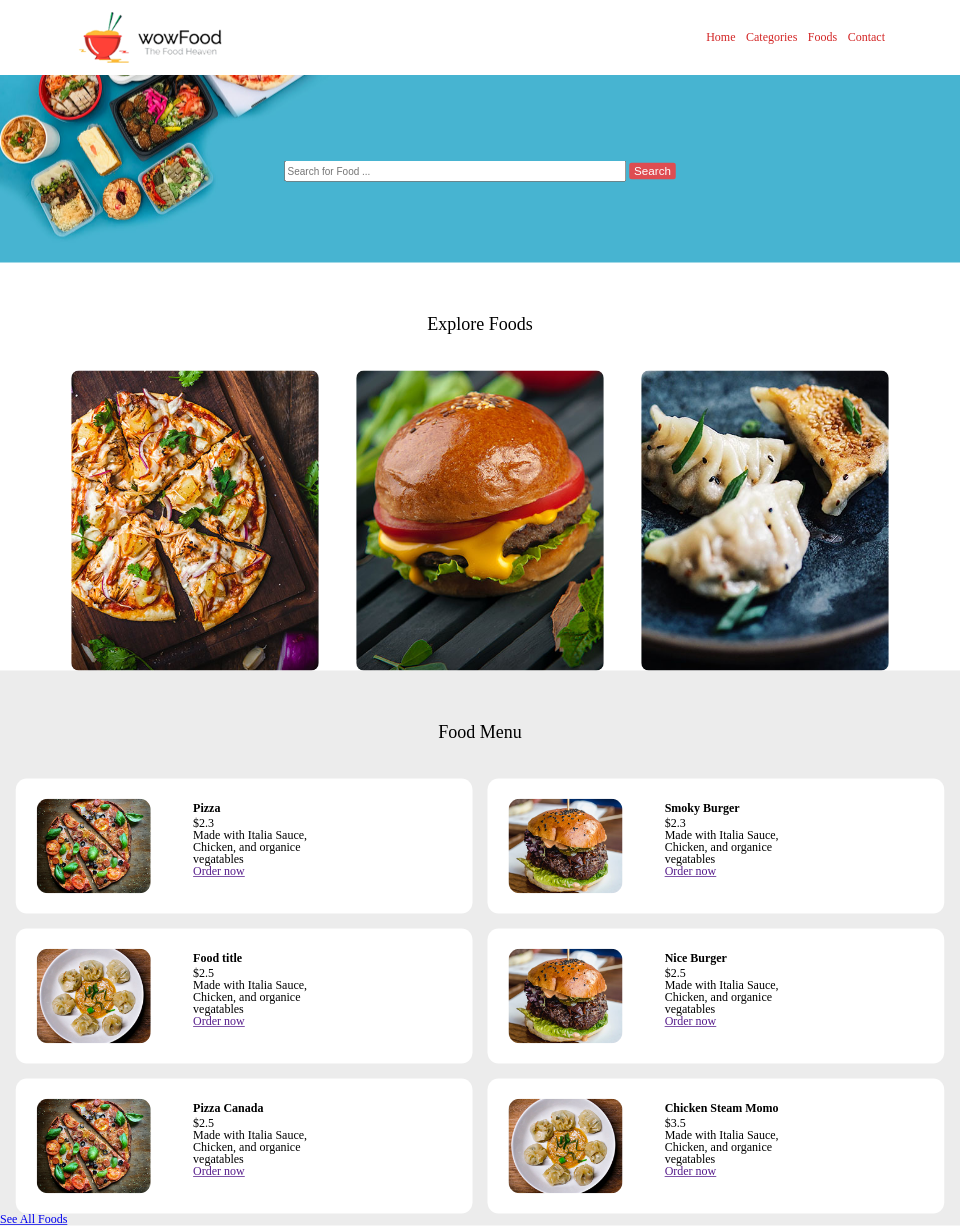
Repository: ruaruababa/WowFood
Page: index.html
These files come from the project's save history. The page is drawn as it stood at one moment and after the next save; the edit follows.
The browser window is 1280 px wide. The pictures show the whole page, at 75% of full size.

Above is the page before, as saved 2021-09-18 00:53:35.

After the next save:
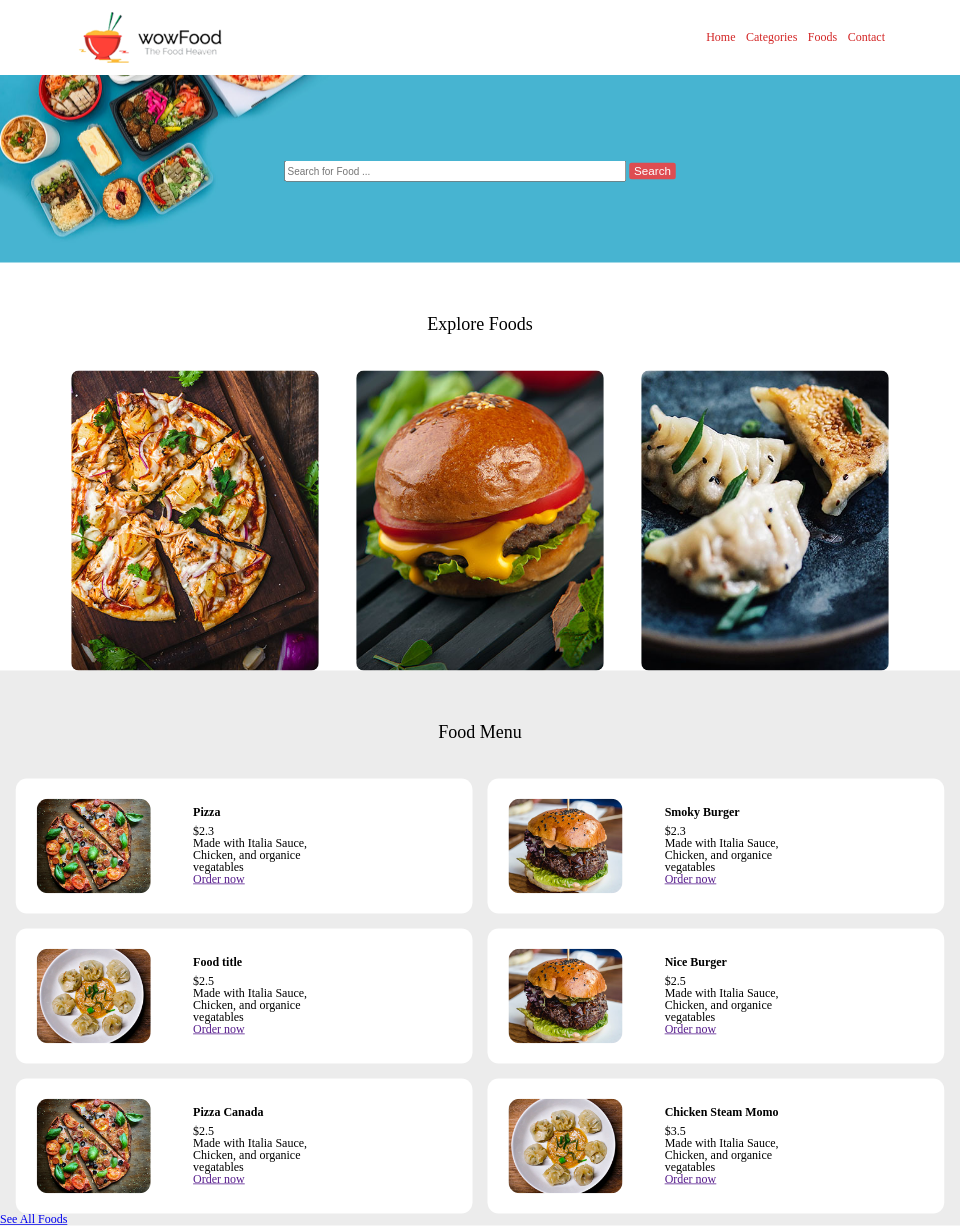
Saved 11 s later.
--- a/style.css
+++ b/style.css
@@ -152,5 +152,5 @@ article{
 .title-item{
     font-size: 16px;
     font-weight: bold;
-    line-height: 25px;
+    line-height: 35px;
 }

After the save that followed:
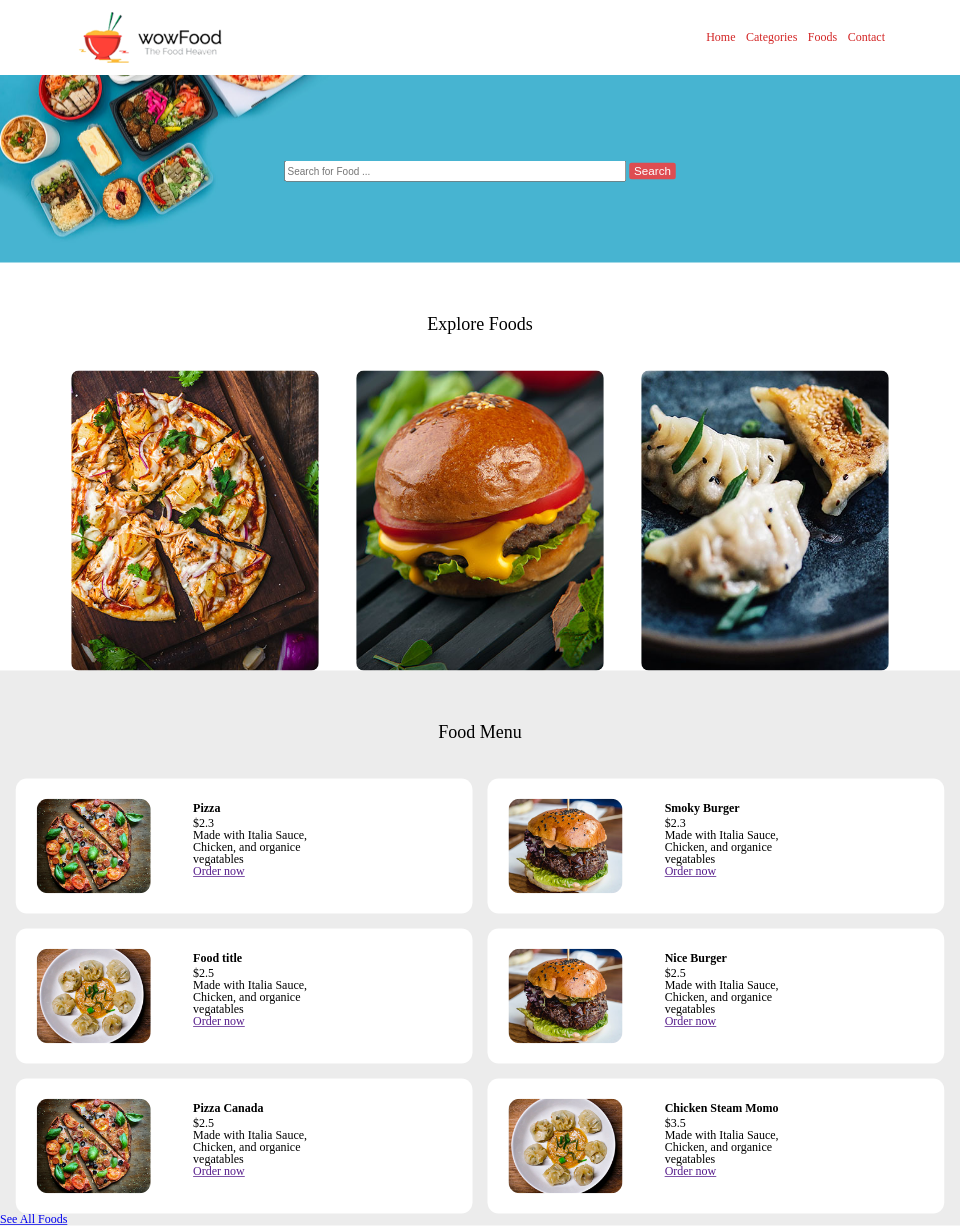
Saved 22 s later.
--- a/style.css
+++ b/style.css
@@ -152,5 +152,5 @@ article{
 .title-item{
     font-size: 16px;
     font-weight: bold;
-    line-height: 35px;
+    line-height: 25px;
 }
